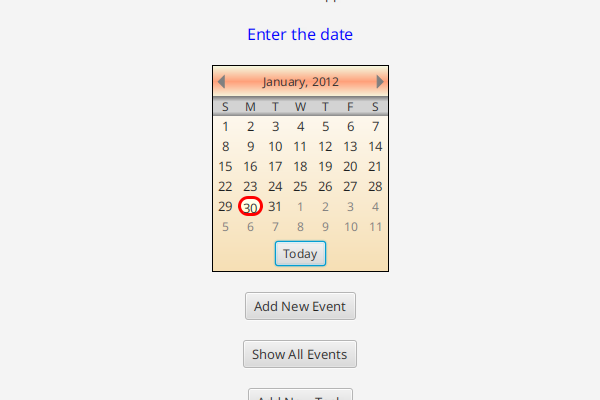
Repository: abhisheknaik96/Calendar-app
Program's window: java Calendar-app/src/simple_calendar/simple_calendar/SimpleCalendarDemo.java
An editor plug-in stored every save of this project. The program's window is shown before and after the next save, followed by the edit.
It runs on Java 21 on a 1366 x 768 screen with JavaFX 11; the title bar is not drawn.

Above is the program's window before, as saved 2015-04-11 16:13:35.

### Calendar-app/src/simple_calendar/simple_calendar/SimpleCalendarDemo.java
/**
 *  This file is part of SimpleCalendar.

 *  SimpleCalendar is free software: you can redistribute it and/or modify
 *  it under the terms of the GNU General Public License as published by
 *  the Free Software Foundation, either version 3 of the License, or
 *  (at your option) any later version.

 *  SimpleCalendar is distributed in the hope that it will be useful,
 *  but WITHOUT ANY WARRANTY; without even the implied warranty of
 *  MERCHANTABILITY or FITNESS FOR A PARTICULAR PURPOSE.  See the
 *  GNU General Public License for more details.

 *  <http://www.gnu.org/licenses/>.

 */
package simple_calendar.simple_calendar;

import java.io.IOException;
import java.text.SimpleDateFormat;
import java.time.LocalDate;
import java.util.ArrayList;
import java.util.Collections;
import java.util.Comparator;
import java.util.Date;
import java.util.List;

import javafx.application.Application;
import javafx.beans.value.ChangeListener;
import javafx.beans.value.ObservableValue;
import javafx.event.ActionEvent;
import javafx.event.EventHandler;
import javafx.fxml.FXMLLoader;
import javafx.geometry.Pos;
import javafx.scene.Parent;
import javafx.scene.Scene;
import javafx.scene.control.Button;
import javafx.scene.control.Label;
import javafx.scene.control.ScrollPane;
import javafx.scene.control.ScrollPane.ScrollBarPolicy;
import javafx.scene.control.TextField;
import javafx.scene.layout.HBox;
import javafx.scene.layout.StackPane;
import javafx.scene.layout.VBox;
import javafx.scene.text.TextAlignment;
import javafx.stage.Stage;

public class SimpleCalendarDemo extends Application
{

	static public List<Event> eventList = new ArrayList<Event>();
	static public List<Task> taskList = new ArrayList<Task>();

	static private Stage thisStage;
	static private DatePickerNew simpleCal;

	public void setStage (Stage stage){
		thisStage = stage;
	}

	public void showStage(){
		thisStage.setTitle("Titel in der MainController.java geändert");
		thisStage.show();
	}

	static public void update(){
		deletePriviousEvents();
		sortEvents();
		SimpleCalendarDemo.simpleCal.setDayCells();
	}

	private static void deletePriviousEvents() {
		LocalDate d = LocalDate.now();
		List<Event> list = new ArrayList<Event>();
		for(Event e : eventList){
			if(!e.dateOfEvent.isBefore(d)){
				list.add(e);
			}
		}
		eventList = list;
	}

	private static void sortEvents() {
		Collections.sort(eventList, new Comparator<Event>() {
			public int compare(Event c1, Event c2) {
				if(c1.dateOfEvent.isBefore(c2.dateOfEvent))
					return -1;
				else if(c1.dateOfEvent.isAfter(c2.dateOfEvent))
					return 1;
				else{
					if(c1.timeOfEvent.isBefore(c2.timeOfEvent))
						return -1;
					else
						return 1;
				}
			}
		});
	}

	@Override
	public void start(Stage stage) throws Exception
	{

		stage.setTitle("Make new Event");
		StackPane root = new StackPane();
		root.setId("root");
		Scene scene = new Scene(root, 600, 400);
		stage.setScene(scene);

		scene.getStylesheets().addAll(
				SimpleCalendarDemo.class.getResource(
						"style/simple_calendar.css").toExternalForm());

		VBox vbox = new VBox(20);
		vbox.setAlignment(Pos.TOP_CENTER);
		Label label = new Label("Calendar App");
		label.setId("NameLabel");
		label.setTextAlignment(TextAlignment.CENTER);

		Label enterDate = new Label("Enter the date");
		enterDate.setId("EnterDateLabel");
		enterDate.setAlignment(Pos.TOP_LEFT);

		HBox dateBox = new HBox(15);
		dateBox.setAlignment(Pos.BASELINE_CENTER);
		final TextField dateField = new TextField("Selected date");
		dateField.setEditable(false);
		dateField.setDisable(true);

		simpleCal = new DatePickerNew();
		simpleCal.setAlignment(Pos.CENTER_LEFT);
		simpleCal.dateProperty().addListener(new ChangeListener<Date>()
		{
			@Override
			public void changed(ObservableValue<? extends Date> ov,
					Date oldDate, Date newDate)
			{
				dateField.setText((new SimpleDateFormat("dd/MM/yyyy"))
						.format(newDate));
			}
		});


		Button b = new Button();
		b.setText("Add New Event");
		b.setOnAction(new EventHandler<ActionEvent>()
		{
			@Override
			public void handle(ActionEvent e)
			{
				Stage stage = new Stage();
				// Fill stage with content
				try
				{
					addEventDetailsWindow(stage);
					stage.show();
				} catch (Exception e1)
				{
					System.out.println("Couldn't load EventPage");
					e1.printStackTrace();
				}
			}
		});


		Button addTask = new Button();
		addTask.setText("Add New Task");
		addTask.setOnAction(new EventHandler<ActionEvent>()
		{
			@Override
			public void handle(ActionEvent e)
			{
				Stage stage = new Stage();
				// Fill stage with content
				try
				{
					addTaskDetailsWindow(stage);
					stage.show();
				} catch (Exception e1)
				{
					System.out.println("Couldn't load EventPage");
					e1.printStackTrace();
				}
			}


		});


		Button showAllEvents = new Button();
		showAllEvents.setText("Show All Events");
		showAllEvents.setOnAction(new EventHandler<ActionEvent>()
		{
			@Override
			public void handle(ActionEvent e)
			{

				Stage stage = new Stage();
				try
				{
					showEventDetailsWindow(stage);
					stage.show();
				} catch (Exception e1)
				{
					System.out.println("Couldn't load EventPage");
					e1.printStackTrace();
				}
			}

		});

		dateBox.getChildren().addAll(simpleCal);
		vbox.getChildren().addAll(label, enterDate, dateBox, b, showAllEvents, addTask);
		root.getChildren().add(vbox);
		thisStage = stage;
		thisStage.show();

	}

	public void addTaskDetailsWindow(Stage stage) {
		Parent root;
		stage.setTitle("Add New Event");

		try
		{
			root = FXMLLoader.load(getClass().getResource("TaskWindow.fxml"));
		} catch (IOException e)
		{
			System.out.println("naa ho paaya");
			e.printStackTrace();
			return;
		}

		Scene scene = new Scene(root);
		stage.setScene(scene);
		stage.sizeToScene();
	}


	public void showEventDetailsWindow(Stage stage)
	{
		stage.setTitle("All Events");

		ScrollPane root = new ScrollPane();
		root.setId("root");
		Scene scene = new Scene(root, 400, 400);
		stage.setScene(scene);
		root.setHbarPolicy(ScrollBarPolicy.NEVER);
		root.setVbarPolicy(ScrollBarPolicy.ALWAYS);

		scene.getStylesheets().addAll(
				SimpleCalendarDemo.class.getResource(
						"style/simple_calendar.css").toExternalForm());

		VBox vbox = new VBox(20);
		vbox.setAlignment(Pos.TOP_LEFT);

		Label today = new Label("    Today:");
		today.setId("TodayLabel");
		today.setAlignment(Pos.TOP_LEFT);

		vbox.getChildren().add(today);
		int w = 0;
		LocalDate d = LocalDate.now();
		for (Event event : eventList)
		{
			if(!event.dateOfEvent.isBefore(d)  && !event.dateOfEvent.isAfter(d)){
				w++;
				Label name = new Label("  " + w + ". " + event.name);
				name.setId("EventName");
				Label time = new Label("       " + event.timeOfEvent.toString()
						+ "  " + event.dateOfEvent.toString());
				time.setId("EventTime");
				Label details = new Label("        " + event.details);
				details.setId("EventDetails");
				vbox.getChildren().addAll(name, time, details);
			}
		}
		w=0;
		Label upcoming = new Label("    Upcoming:");
		upcoming.setId("TodayLabel");
		upcoming.setAlignment(Pos.TOP_LEFT);
		vbox.getChildren().add(upcoming);

		for (Event event : eventList)
		{
			if(event.dateOfEvent.isAfter(d)){
				w++;
				Label name = new Label("  " + w + ". " + event.name);
				name.setId("EventName");
				Label time = new Label("       " + event.timeOfEvent.toString()
						+ "  " + event.dateOfEvent.toString());
				time.setId("EventTime");
				Label details = new Label("        " + event.details);
				details.setId("EventDetails");
				vbox.getChildren().addAll(name, time, details);
			}
		}
		root.setVmax(440);
		root.setPrefSize(115, 150);
		root.setContent(vbox);
	}


	public static void addDefaultEvents()
	{
		eventList.add(new Event("Stagecoach", "CLT", 11, 4, 2015, 18, 00));
		eventList.add(new Event("Final", "BBall Court", 13, 4, 2015, 18, 00));
	}


	public void addEventDetailsWindow(Stage stage) throws Exception
	{
		Parent root;
		stage.setTitle("Add New Event");

		try
		{
			root = FXMLLoader.load(getClass().getResource("EventWindow.fxml"));
		} catch (IOException e)
		{
			System.out.println("naa ho paaya");
			e.printStackTrace();
			return;
		}

		Scene scene = new Scene(root);
		stage.setScene(scene);
		stage.sizeToScene();
	}

	public static void main(String[] args)
	{
		launch(args);
	}

}

### Calendar-app/src/simple_calendar/simple_calendar/DatePickerNew.java
/**
 *  This file is part of SimpleCalendar.

 *  SimpleCalendar is free software: you can redistribute it and/or modify
 *  it under the terms of the GNU General Public License as published by
 *  the Free Software Foundation, either version 3 of the License, or
 *  (at your option) any later version.

 *  SimpleCalendar is distributed in the hope that it will be useful,
 *  but WITHOUT ANY WARRANTY; without even the implied warranty of
 *  MERCHANTABILITY or FITNESS FOR A PARTICULAR PURPOSE.  See the
 *  GNU General Public License for more details.

 *  <http://www.gnu.org/licenses/>.

 */
package simple_calendar.simple_calendar;

import java.text.SimpleDateFormat;
import java.time.LocalDate;
import java.util.ArrayList;
import java.util.Calendar;
import java.util.Date;
import java.util.GregorianCalendar;
import java.util.List;

import org.w3c.dom.events.EventException;

import javafx.beans.property.ObjectProperty;
import javafx.beans.property.SimpleObjectProperty;
import javafx.event.ActionEvent;
import javafx.event.EventHandler;
import javafx.geometry.Pos;
import javafx.scene.control.Button;
import javafx.scene.control.Label;
import javafx.scene.input.MouseEvent;
import javafx.scene.layout.HBox;
import javafx.scene.layout.StackPane;
import javafx.scene.layout.VBox;
import javafx.scene.shape.LineTo;
import javafx.scene.shape.MoveTo;
import javafx.scene.shape.Path;

public class DatePickerNew extends StackPane
{
	private boolean isSundayFirstDay = true;
	private Calendar today;
	private ObjectProperty<Date> dateProperty;
	private final DayCell[] dayCells;
	private int month;
	private int year;
	private final static int COLUMN_NUMBER = 7;
	private final static int ROW_NUMBER = 6;
	private final static double CELL_HEIGHT = 20;
	private final static double CELL_WIDTH = 25;
	private final static double ARROW_SIZE = CELL_HEIGHT * 0.3;
	private final static String DATEPICKER_OTHERMONTH = "datepicker-othermonth-cell";
	private final static String DATEPICKER_TODAY = "datepicker-today-cell";
	private final static String DATEPICKER_MONTH = "datepicker-month-cell";
	private final static String DATEPICKER_WEEKDAY = "datepicker-weekday-row";
	private final static String DATEPICKER_MONTHYEAR = "datepicker-monthyear-row";
	private final static String DATEPICKER_ARROW = "DatepickerArrow";
	private final static String DATEPICKER_DAYCELL = "DatepickerDayCell";
	private final static String DATEPICKER_TODAYBUTTON = "DatepickerTodayButton";
	private final static String DATEPICKER_TODAYBUTTONBOX = "DatepickerTodayButtonBox";
	private String[] cellStyleList =
	{ DATEPICKER_OTHERMONTH, DATEPICKER_TODAY, DATEPICKER_MONTH };

	/**
	 * Constructor of DatePicker class
	 */
	public DatePickerNew()
	{
		super();
		VBox pickerBox = new VBox();
		setId("DatePicker");
		today = Calendar.getInstance();
		// Check whether Sunday is the first day of the week
		isSundayFirstDay = today.getFirstDayOfWeek() == 1 ? true : false;
		month = today.get(Calendar.MONTH);
		year = today.get(Calendar.YEAR);
		dateProperty = new SimpleObjectProperty<Date>(
				(new GregorianCalendar()).getTime());

		// First block of the picker pane, which is constructed to show month
		// and year and to change them by decreasing and increasing.
		HBox monthYearRow = new HBox();
		final Label monthYear = new Label(
				getMonthYear((new GregorianCalendar()).getTime()));
		monthYear.setMinHeight(CELL_HEIGHT * 1.5);
		monthYear.setMinWidth(CELL_WIDTH * 6.0);
		monthYear.setAlignment(Pos.CENTER);
		monthYearRow.getStyleClass().add(DATEPICKER_MONTHYEAR);
		Path decrementArrow = new Path();
		decrementArrow.setId(DATEPICKER_ARROW);
		decrementArrow.getElements().addAll(new MoveTo(0, ARROW_SIZE),
				new LineTo(0, -ARROW_SIZE), new LineTo(-ARROW_SIZE, 0),
				new LineTo(0, ARROW_SIZE));
		decrementArrow.setOnMouseClicked(new EventHandler<MouseEvent>()
		{
			@Override
			public void handle(MouseEvent me)
			{
				month--;
				if (month < 0)
				{
					month = Calendar.DECEMBER;
					year--;
				}
				monthYear.setText(getMonthYear((new GregorianCalendar(year,
						month, 1)).getTime()));
				setDayCells();
				me.consume();
			}
		});
		Path inreamentArrow = new Path();
		inreamentArrow.setId(DATEPICKER_ARROW);
		inreamentArrow.getElements().addAll(new MoveTo(0, ARROW_SIZE),
				new LineTo(0, -ARROW_SIZE), new LineTo(ARROW_SIZE, 0),
				new LineTo(0, ARROW_SIZE));
		inreamentArrow.setOnMouseClicked(new EventHandler<MouseEvent>()
		{
			@Override
			public void handle(MouseEvent me)
			{
				month++;
				if (month > Calendar.DECEMBER)
				{
					month = Calendar.JANUARY;
					year++;
				}
				monthYear.setText(getMonthYear((new GregorianCalendar(year,
						month, 1)).getTime()));
				setDayCells();
				me.consume();
			}
		});
		monthYearRow.getChildren().addAll(decrementArrow, monthYear,
				inreamentArrow);
		monthYearRow.setAlignment(Pos.CENTER);

		// Second block of the picker pane, which is constructed to show the
		// first letter of names of days in the week.
		HBox firstLetterOfDayRow = new HBox();
		firstLetterOfDayRow.getStyleClass().add(DATEPICKER_WEEKDAY);
		String[] weekDays = getFirstLettersOfDays();
		for (int i = 0; i < weekDays.length; i++)
		{
			Label cell = new Label(weekDays[i]);
			cell.setMinHeight(CELL_HEIGHT);
			cell.setMinWidth(CELL_WIDTH);
			cell.setAlignment(Pos.CENTER);
			firstLetterOfDayRow.getChildren().add(cell);
		}
		pickerBox.getChildren().addAll(monthYearRow, firstLetterOfDayRow);

		// Third block of the picker pane, which is constructed to show the days
		// in a ROW_NUMBER by COLUMN_NUMBER matrix.
		// The matrix constitutes of DayCell class which extends Label class and
		// holds date information.
		dayCells = new DayCell[COLUMN_NUMBER * ROW_NUMBER];
		int index = 0;
		for (int i = 0; i < ROW_NUMBER; i++)
		{
			HBox row = new HBox();
			for (int j = 0; j < COLUMN_NUMBER; j++)
			{
				DayCell cell = createCell(0, 0, 0);
				row.getChildren().add(cell);
				cell.setId(DATEPICKER_DAYCELL);
				dayCells[index++] = cell;
			}
			pickerBox.getChildren().add(row);
		}

		Button todayButton = new Button("Today");
		todayButton.setId(DATEPICKER_TODAYBUTTON);
		todayButton.setOnAction(new EventHandler<ActionEvent>()
		{

			@Override
			public void handle(ActionEvent ae)
			{
				dateProperty.setValue((new GregorianCalendar(0, 0, 0))
						.getTime());
				dateProperty.setValue((new GregorianCalendar(today
						.get(Calendar.YEAR), today.get(Calendar.MONTH), today
						.get(Calendar.DAY_OF_MONTH))).getTime());

			}
		});

		HBox todayButtonBox = new HBox();
		todayButtonBox.setId(DATEPICKER_TODAYBUTTONBOX);
		todayButtonBox.setAlignment(Pos.CENTER);
		todayButtonBox.getChildren().add(todayButton);

		pickerBox.getChildren().add(todayButtonBox);

		getChildren().add(pickerBox);

		// Setter of the day cells
		setDayCells();
	}

	/**
	 * @return DateProperty to bind to parent node
	 */
	public ObjectProperty<Date> dateProperty()
	{
		return dateProperty;
	}

	/**
	 * @return an array of first letters of the week days based on default
	 *         locale. Monday is defined as the first day of the week in some
	 *         locales. This property is controlled by
	 *         <code>isSundayFirstDay</code> variable in the constructor of the
	 *         <code>DatePicker</code> class.
	 */
	private String[] getFirstLettersOfDays()
	{
		String[] firstLettersOfDays = new String[7];
		int d = isSundayFirstDay ? 1 : 2;
		// Use sequential dates to get the names of days of the week.
		for (int i = 0; i < firstLettersOfDays.length; i++)
		{
			firstLettersOfDays[i] = (new SimpleDateFormat("EEEE")).format(
					(new GregorianCalendar(0, 0, 3 + d + i)).getTime())
					.substring(0, 1);
		}

		return firstLettersOfDays;
	}

	/**
	 * @param date
	 *            is the Gregorian date to be formatted
	 * @return the formatted date in the form of "Month, Year" like
	 *         "January, 2012"
	 */
	private String getMonthYear(Date date)
	{

		return (new SimpleDateFormat("MMMM, YYYY")).format(date);
	}

	/**
	 * Setter of cells in the matrix based on the month and the year. It takes 1
	 * as the first day of the month to create a calendar. Once the calendar
	 * created it is calculated which day of the week is the first day of the
	 * month. Firstly, the cells for the days of previous month are set if any,
	 * and then the cells for the days of present month are set, and finally the
	 * cells for the next month are set.
	 */
	public void setDayCells()
	{
		Calendar calendar = Calendar.getInstance();
		calendar.set(Calendar.YEAR, year);
		calendar.set(Calendar.MONTH, month);
		calendar.set(Calendar.DAY_OF_MONTH, 1);
		// Calendar.DAY_OF_WEEK uses base 1. That's why one is subtracted.
		int firstDayOfMonth = calendar.get(Calendar.DAY_OF_WEEK) - 1;
		// Check whether Sunday is the first day of the week. If not, shift the
		// first day
		if (!isSundayFirstDay)
		{
			firstDayOfMonth += 6;
			if (firstDayOfMonth > 7)
				firstDayOfMonth -= 7;
		}
		int daysInMonth = calendar.getActualMaximum(Calendar.DAY_OF_MONTH);
		calendar.set(Calendar.MONTH, month - 1);
		int daysInPreviousMonth = calendar
				.getActualMaximum(Calendar.DAY_OF_MONTH);

		// Set the cells for the days of previous month
		for (int i = 0; i < firstDayOfMonth; i++)
		{
			int m = month - 1;
			int y = year;
			if (m < 0)
			{
				m = Calendar.DECEMBER;
				y--;
			}
			DayCell cell = dayCells[i];
			cell.setDate(daysInPreviousMonth - (firstDayOfMonth) + i + 1, m, y);
			cell.getStyleClass().removeAll(cellStyleList);
			cell.getStyleClass().add(DATEPICKER_OTHERMONTH);
		}


		// Button stylings for important days									 //00b2f2
		String todayHighlight = "-fx-background-color: linear-gradient(to bottom, #fffff2, #ffffd4);"
		                + " -fx-border-width: 3; -fx-border-color: red; -fx-background-radius: 15.0;"
		                + " -fx-border-radius: 12.0";
																				 //05edf2
		String eventHighlight = "-fx-background-color: linear-gradient(to bottom, #fffff2, #ffffd4);"
                + " -fx-border-width: 3; -fx-border-color: blue; -fx-background-radius: 15.0;"
                + " -fx-border-radius: 12.0";

		// Adding 2 default events, for debugging purposes
//		SimpleCalendarDemo.addDefaultEvents();

		List<Event> tempEventList = SimpleCalendarDemo.eventList;
//		System.out.println(tempEventList.size());

		// Set the cells for the days of month to be presented
		int day = 1;
		for (int i = firstDayOfMonth; i < daysInMonth + firstDayOfMonth; i++)
		{
			DayCell cell = dayCells[i];
			cell.setDate(day, month, year);
			calendar.set(Calendar.YEAR, year);
			calendar.set(Calendar.MONTH, month);
			calendar.set(Calendar.DAY_OF_MONTH, cell.getDay());
			cell.getStyleClass().removeAll(cellStyleList);
			if (isToday(calendar))
			{
				cell.getStyleClass().add(DATEPICKER_TODAY);
				cell.setStyle(todayHighlight);
			}
			else
			{
				cell.getStyleClass().add(DATEPICKER_MONTH);

				for(int j=0;j<tempEventList.size();j++)
				{
					LocalDate temp = tempEventList.get(j).getDate();
//					System.out.println(temp + "|" + day + "/" + (month+1) + "/" + year);
					if(temp.getYear()==year && temp.getMonthValue()==month+1 && temp.getDayOfMonth()==day)
						cell.setStyle(eventHighlight);
				}
			}
			day++;
		}
		// Set the cells for the days of next month
		day = 1;
		for (int i = firstDayOfMonth + daysInMonth; i < COLUMN_NUMBER
				* ROW_NUMBER; i++)
		{
			int m = month + 1;
			int y = year;
			if (m > Calendar.DECEMBER)
			{
				m = Calendar.JANUARY;
				y++;
			}
			DayCell cell = dayCells[i];
			cell.setDate(day++, m, y);
			cell.getStyleClass().removeAll(cellStyleList);
			cell.getStyleClass().add(DATEPICKER_OTHERMONTH);
		}
	}

	/**
	 * @param calendar
	 *            is to be compared
	 * @return true if the compared calendar is today
	 */
	private boolean isToday(Calendar calendar)
	{

		return today.get(Calendar.YEAR) == calendar.get(Calendar.YEAR)
				&& today.get(Calendar.MONTH) == calendar.get(Calendar.MONTH)
				&& today.get(Calendar.DAY_OF_MONTH) == calendar
						.get(Calendar.DAY_OF_MONTH);

	}


	/**
	 * @param dayNumber
	 *            is the day contained by the cell and used for label text
	 * @param month
	 *            is the month contained by the cell. Its base is 0.
	 * @param year
	 *            is the year contained by the cell
	 * @return the created cell which will be located in the matrix.
	 */
	private DayCell createCell(int dayNumber, int month, int year)
	{
		final DayCell cell = new DayCell(dayNumber, month, year);
		cell.setMinHeight(CELL_HEIGHT);
		cell.setMinWidth(CELL_WIDTH);
		cell.setAlignment(Pos.CENTER);
		cell.setOnMouseClicked(new EventHandler<MouseEvent>()
		{
			@Override
			public void handle(MouseEvent me)
			{
				dateProperty.setValue((new GregorianCalendar(0, 0, 0))
						.getTime());
				dateProperty.setValue((new GregorianCalendar(cell.getYear(),
						cell.getMonth(), cell.getDay())).getTime());
				me.consume();
			}
		});

		return cell;
	}

	/**
	 * DayCell class is an extension of Label class and designed to hold the
	 * date information. The day of the date is used to set the text of super
	 * class.
	 *
	 */
	private class DayCell extends Label
	{
		private int d;
		private int m;
		private int y;

		public DayCell(int day, int month, int year)
		{
			super(String.valueOf(day));
		}

		public int getDay()
		{
			return d;
		}

		public int getMonth()
		{
			return m;
		}

		public int getYear()
		{
			return y;
		}

		public void setDate(int day, int month, int year)
		{
			this.d = day;
			setText(String.valueOf(day));
			this.m = month;
			this.y = year;
		}
	}
}

### Calendar-app/src/simple_calendar/simple_calendar/style/simple_calendar.css
/**
*  This file is part of SimpleCalender.

*  SimpleCalender is free software: you can redistribute it and/or modify
*  it under the terms of the GNU General Public License as published by
*  the Free Software Foundation, either version 3 of the License, or
*  (at your option) any later version.

*  SimpleCalender is distributed in the hope that it will be useful,
*  but WITHOUT ANY WARRANTY; without even the implied warranty of
*  MERCHANTABILITY or FITNESS FOR A PARTICULAR PURPOSE.  See the
*  GNU General Public License for more details.

*  <http://www.gnu.org/licenses/>.

*/
#TodayLabel {
	-fx-font-size: 26px;
	-fx-text-fill: salmon;
}
#EventName {
	-fx-font-size: 16px;
	-fx-text-fill: red;
}
#EventTime{
	-fx-font-size: 13px;
}
#EventDetails{
	-fx-font-size: 10px;
}
#DemoLabel {
	-fx-font-size: 36px;
	-fx-text-fill: salmon;
}
#EnterDateLabel {
	-fx-font-size: 16px;
	-fx-text-fill: blue;
}
#DatepickerArrow {
	-fx-fill: gray;
	-fx-stroke: gray;
}
#DatepickerArrow:hover {
	-fx-fill: black;
	-fx-stroke: black;
}
#DatePicker {
	-fx-background-color: linear-gradient(to bottom, white, wheat);
    -fx-border-color: black;
}
#DatepickerDayCell {
	-fx-background-color: transparent;
	-fx-border-radius: 4;
	-fx-spacing: 0;
}
#DatepickerDayCell:hover {
	-fx-background-color: azure;
	-fx-border-color: royalblue;
	-fx-border-radius: 3;
	-fx-text-fill: royalblue;
}
#DatepickerDayCell .datepicker-today-cell {
    -fx-background-color: orange;
   	-fx-border-radius: 3;
   	-fx-border-style: segments(2,2);
   	-fx-border-color: orange;
    -fx-text-fill: orange;
	-fx-font-size: 12px;
}
.datepicker-weekday-row {
    -fx-background-color: linear-gradient(to bottom, gray, lightgray, lightgray, lightgray, gray);
    -fx-text-fill: black;
	-fx-font-size: 12px;
}
.datepicker-monthyear-row {
	-fx-background-color: linear-gradient(to bottom, beige, lightsalmon, beige);
	-fx-text-fill: black;
	-fx-font-size: 12px;
}
.datepicker-othermonth-cell {
   	-fx-border-radius: 4;
    -fx-text-fill: gray;
	-fx-font-size: 12px;
}
#DatepickerTodayButton {
	-fx-font-size: 12px;
}
#DatepickerTodayButtonBox {
	-fx-padding: 5;
}
#CalenderButton {
    -fx-font-size: 14px;
	-fx-background-image: url("calender_icon.png");
	-fx-background-color: null;
	-fx-background-repeat: no-repeat;
	-fx-background-position: center;
}

After the next save:
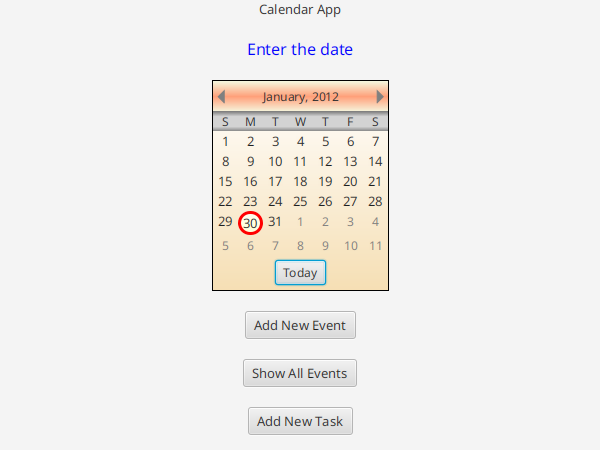
Saved 59 s later.
--- a/Calendar-app/src/simple_calendar/simple_calendar/SimpleCalendarDemo.java
+++ b/Calendar-app/src/simple_calendar/simple_calendar/SimpleCalendarDemo.java
@@ -104,7 +104,7 @@
 		stage.setTitle("Make new Event");
 		StackPane root = new StackPane();
 		root.setId("root");
-		Scene scene = new Scene(root, 600, 400);
+		Scene scene = new Scene(root, 600, 450);
 		stage.setScene(scene);
 
 		scene.getStylesheets().addAll(
